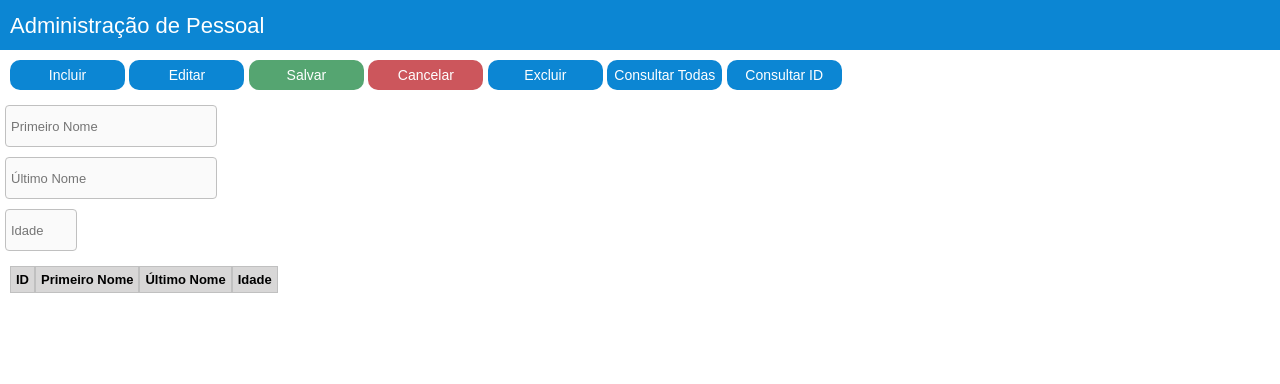
Repository: manueltusset/desafiosoftexpert
Page: rest-desafio/WebContent/index.html
The author's editor kept a copy of each file at every save. The page is drawn from the files as they stood at one save, then again after the next save.
The browser window is 1280 px wide. The pictures show the whole page.

Above is the page before, as saved 2020-03-29 13:00:40.

After the next save:
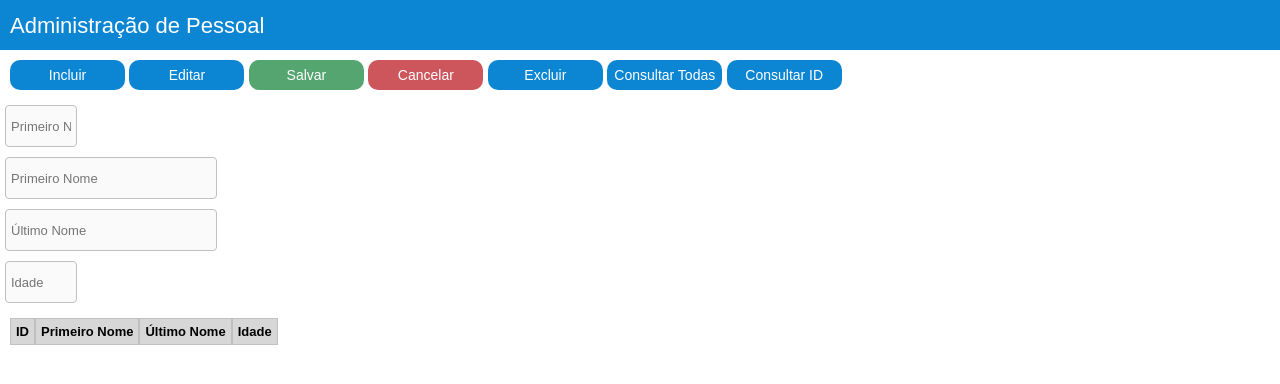
Saved 26 s later.
--- a/rest-desafio/WebContent/index.html
+++ b/rest-desafio/WebContent/index.html
@@ -254,6 +254,9 @@
 	<div id="campos">
 		<form id="frm0">
 			<div class="dvInputs">
+				<input id="id" class="input-integer" placeholder="Primeiro Nome">
+			</div>
+			<div class="dvInputs">
 				<input id="first_name" class="input-varchar" placeholder="Primeiro Nome">
 			</div>
 			<div class="dvInputs">
